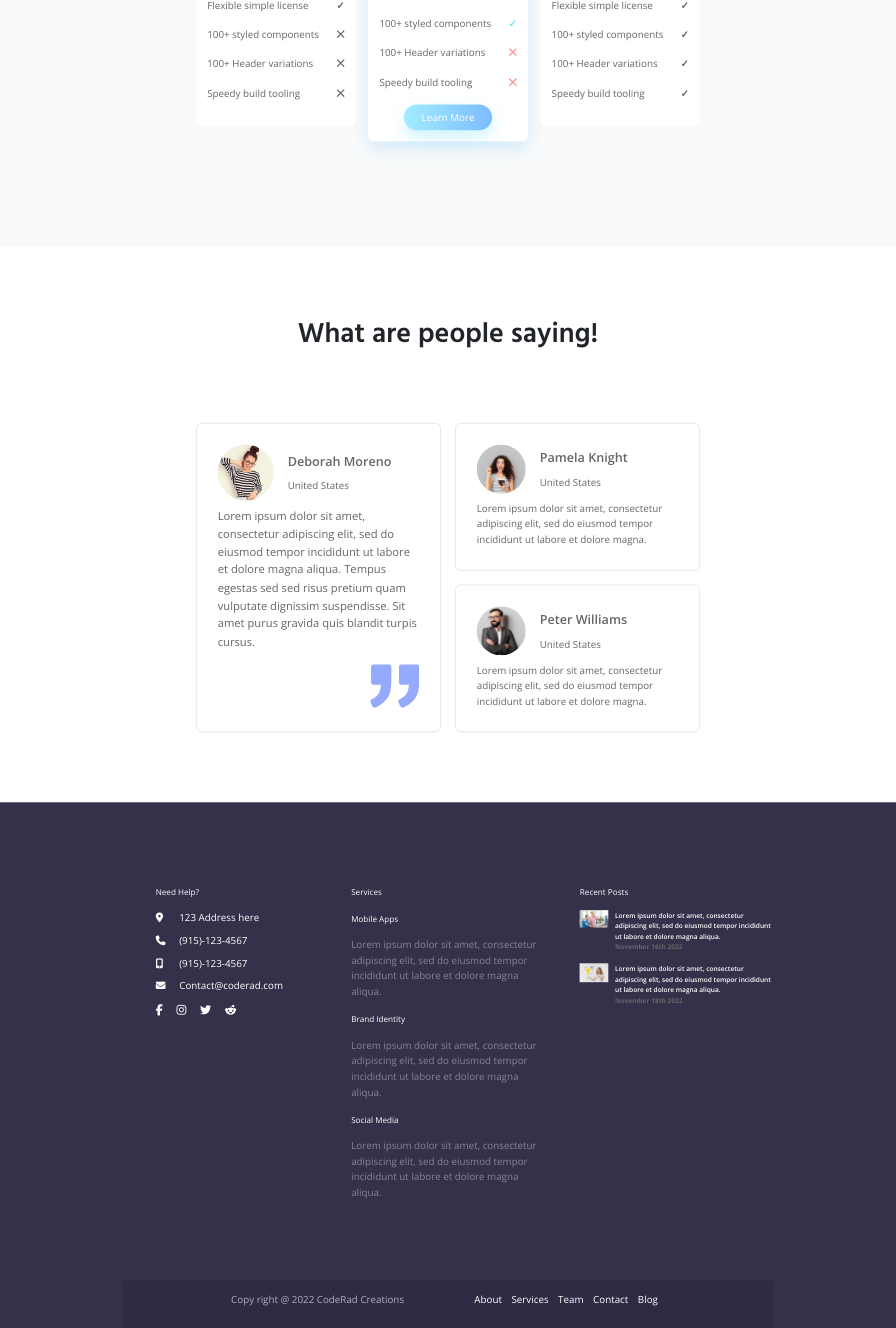
Repository: Sc-Juju/CodeRad
Page: index.html
The author's editor kept a copy of each file at every save. The page is drawn from the files as they stood at one save, then again after the next save.
The browser window is 1280 px wide. The pictures show the part of the page from y = 2963 to 4883 px (the page is 4860 px tall before and 4883 px after), at 70% of full size.
Some web libraries are served in a nearby version.

Above is the page before, as saved 2022-11-16 14:32:42.

### index.html
<!DOCTYPE html>
<html>
	<head>
		<meta charset="utf-8" />
		<meta http-equiv="X-UA-Compatible" content="IE=edge" />
		<title>CodeRad</title>
		<meta name="description" content="" />
		<meta name="viewport" content="width=device-width, initial-scale=1" />

		<script
			src="https://kit.fontawesome.com/020fb16134.js"
			crossorigin="anonymous"
		></script>

		<link
			href="https://fonts.googleapis.com/css2?family=Open+Sans:wght@300;400;600;700&display=swap"
			rel="stylesheet"
		/>
		<link
			href="https://fonts.googleapis.com/css2?family=Hind:wght@300;400;500;600;700&display=swap"
			rel="stylesheet"
		/>

		<link rel="stylesheet" href="./css/default.css" />
		<link rel="stylesheet" href="./css/styles.css" />
		<link rel="stylesheet" href="./css/responsive.css" />
	</head>
	<body>
		<nav class="navbar nav">
			<div class="container">
				<button
					class="navbar-toggler"
					aria-expanded="false"
					aria-controls="navbarDropdown"
				>
					<span>&#9776;</span>
				</button>
				<a class="navbar-brand" href="index.html">CodeRad</a>
				<ul class="navbar-nav">
					<li class="nav-link">
						<a href="#">Home</a>
					</li>

					<li class="nav-link">
						<a href="#">Blog</a>
					</li>
					<li class="nav-link">
						<a href="#">Portfolio</a>
					</li>
					<li class="nav-link">
						<a href="#">Contact</a>
					</li>
				</ul>
			</div>
		</nav>

		<header class="bg-header">
			<div class="container">
				<div class="hero-wrapper">
					<h2 class="hero-header">
						Young in our spirits and <br />
						modern look.
					</h2>
					<a class="btn btn-white" href="#">Learn more</a>
				</div>
			</div>
		</header>
		<!--Why me-->
		<section>
			<div class="container why-me-wrapper">
				<div class="block-text">
					<span>Why choose me</span>
					<h2>
						Meeting Your Needs <br />
						In Website Building
					</h2>
					<p>
						Lorem ipsum dolor sit amet, consectetur adipiscing elit,
						sed do eiusmod tempor incididunt ut labore et dolore
						magna aliqua.
					</p>
					<a href="" class="btn btn-primary">Learn More</a>
				</div>
				<div>
					<img src="./CodeRad-assets/image2.svg" alt="Icon Chart" />
				</div>
			</div>
		</section>
		<!--Services-->
		<section class="bg-contrast">
			<div class="container service-grid">
				<div class="service-card">
					<span class="bg-color-1"></span>
					<div>
						<h3>Branding</h3>
						<p>
							Lorem ipsum dolor sit amet, consectetur adipiscing
							elit, sed do eiusmod tempor incididunt ut labore et
							dolore magna aliqua. Ut morbi tincidunt augue
							interdum velit euismod in pellentesque. Congue
							mauris rhoncus aenean vel.
						</p>
					</div>
				</div>
				<div class="service-card">
					<span class="bg-color-2"></span>
					<div>
						<h3>Design & UX</h3>
						<p>
							Lorem ipsum dolor sit amet, consectetur adipiscing
							elit, sed do eiusmod tempor incididunt ut labore et
							dolore magna aliqua. Ut morbi tincidunt augue
							interdum velit euismod in pellentesque. Congue
							mauris rhoncus aenean vel.
						</p>
					</div>
				</div>
				<div class="service-card">
					<span class="bg-color-3"></span>
					<div>
						<h3>Development</h3>
						<p>
							Lorem ipsum dolor sit amet, consectetur adipiscing
							elit, sed do eiusmod tempor incididunt ut labore et
							dolore magna aliqua. Ut morbi tincidunt augue
							interdum velit euismod in pellentesque. Congue
							mauris rhoncus aenean vel.
						</p>
					</div>
				</div>
				<div class="service-card">
					<span class="bg-color-4"></span>
					<div>
						<h3>User analysis</h3>
						<p>
							Lorem ipsum dolor sit amet, consectetur adipiscing
							elit, sed do eiusmod tempor incididunt ut labore et
							dolore magna aliqua. Ut morbi tincidunt augue
							interdum velit euismod in pellentesque. Congue
							mauris rhoncus aenean vel.
						</p>
					</div>
				</div>
				<div class="service-card">
					<span class="bg-color-5"></span>
					<div>
						<h3>UX Research</h3>
						<p>
							Lorem ipsum dolor sit amet, consectetur adipiscing
							elit, sed do eiusmod tempor incididunt ut labore et
							dolore magna aliqua. Ut morbi tincidunt augue
							interdum velit euismod in pellentesque. Congue
							mauris rhoncus aenean vel.
						</p>
					</div>
				</div>
				<div class="service-card">
					<span class="bg-color-6"></span>
					<div>
						<h3>SEO Service</h3>
						<p>
							Lorem ipsum dolor sit amet, consectetur adipiscing
							elit, sed do eiusmod tempor incididunt ut labore et
							dolore magna aliqua. Ut morbi tincidunt augue
							interdum velit euismod in pellentesque. Congue
							mauris rhoncus aenean vel.
						</p>
					</div>
				</div>
			</div>
		</section>

		<!--Video Demo-->
		<section class="video-demo">
			<div class="container">
				<div class="block-text">
					<h2>Telling Our Story</h2>
					<p>
						Lorem ipsum dolor sit amet, consectetur adipiscing elit,
						sed do eiusmod tempor <br />
						incididunt ut labore et dolore magna aliqua.
					</p>
				</div>
				<div class="video-box">
					<a href="#" class="video-btn">
						<img
							src="./CodeRad-assets/play.svg"
							alt="Play Video Button"
						/>
					</a>
					<img
						src="./CodeRad-assets/demo-video-thumbnail.jpg"
						alt="Video thumbnail"
					/>
				</div>
			</div>
		</section>

		<!--Pricing plans-->
		<section class="bg-contrast">
			<div class="block-text pricing-header">
				<h2>Choose The Right Package For You!</h2>
				<p>
					Lorem ipsum dolor sit amet, consectetur adipiscing elit, sed
					do eiusmod tempor <br />
					incididunt ut labore et dolore magna aliqua.
				</p>
			</div>
			<div class="pricing-table">
				<div class="price-card">
					<h3>Basic</h3>
					<div class="price">$99.90</div>
					<div class="billed">per month</div>
					<hr />
					<ul>
						<li>
							<span class="title">Community Support</span>
							<span class="icon">&#10003;</span>
						</li>
						<li>
							<span class="title">Flexible simple license</span>
							<span class="icon">&#10003;</span>
						</li>
						<li>
							<span class="title">100+ styled components</span>
							<span class="icon">&#10761;</span>
						</li>
						<li>
							<span class="title">100+ Header variations</span>
							<span class="icon">&#10761;</span>
						</li>
						<li>
							<span class="title">Speedy build tooling</span>
							<span class="icon">&#10761;</span>
						</li>
					</ul>
				</div>

				<div class="price-card featured">
					<h3>Standard</h3>
					<div class="price">$199.90</div>
					<div class="billed">per month</div>
					<hr />
					<ul>
						<li>
							<span class="title">Community Support</span>
							<span class="icon checked">&#10003;</span>
						</li>
						<li>
							<span class="title">Flexible simple license</span>
							<span class="icon checked">&#10003;</span>
						</li>
						<li>
							<span class="title">100+ styled components</span>
							<span class="icon checked">&#10003;</span>
						</li>
						<li>
							<span class="title">100+ Header variations</span>
							<span class="icon times">&#10761;</span>
						</li>
						<li>
							<span class="title">Speedy build tooling</span>
							<span class="icon times">&#10761;</span>
						</li>
						<div class="plan-btn-wrapper">
							<a href="" class="btn btn-primary">Learn More</a>
						</div>
					</ul>
				</div>

				<div class="price-card">
					<h3>Enterprise</h3>
					<div class="price">$499.90</div>
					<div class="billed">per month</div>
					<hr />
					<ul>
						<li>
							<span class="title">Community Support</span>
							<span class="icon">&#10003;</span>
						</li>
						<li>
							<span class="title">Flexible simple license</span>
							<span class="icon">&#10003;</span>
						</li>
						<li>
							<span class="title">100+ styled components</span>
							<span class="icon">&#10003;</span>
						</li>
						<li>
							<span class="title">100+ Header variations</span>
							<span class="icon">&#10003;</span>
						</li>
						<li>
							<span class="title">Speedy build tooling</span>
							<span class="icon">&#10003;</span>
						</li>
					</ul>
				</div>
			</div>
		</section>

		<!--Testimonials-->
		<section class="testimonials">
			<div class="block-text">
				<h2>What are people saying!</h2>
			</div>
			<div class="testimonial-grid">
				<div class="testimonial-card lg">
					<div class="top">
						<img
							src="./CodeRad-assets/1.png"
							alt=""
							class="profile"
						/>
						<div class="top-info">
							<h4>Deborah Moreno</h4>
							<span>United States</span>
						</div>
					</div>
					<div class="bottom">
						<p>
							Lorem ipsum dolor sit amet, consectetur adipiscing
							elit, sed do eiusmod tempor incididunt ut labore et
							dolore magna aliqua. Tempus egestas sed sed risus
							pretium quam vulputate dignissim suspendisse. Sit
							amet purus gravida quis blandit turpis cursus.
						</p>
						<span>
							<img
								src="./CodeRad-assets/quote-colored.svg"
								alt="quote"
								class="quote"
							/>
						</span>
					</div>
				</div>

				<div class="testimonial-card md">
					<div class="top">
						<img
							src="./CodeRad-assets/2.png"
							alt=""
							class="profile"
						/>
						<div class="top-info">
							<h4>Pamela Knight</h4>
							<span>United States</span>
						</div>
					</div>
					<div class="bottom">
						<p>
							Lorem ipsum dolor sit amet, consectetur adipiscing
							elit, sed do eiusmod tempor incididunt ut labore et
							dolore magna.
						</p>
					</div>
				</div>

				<div class="testimonial-card md">
					<div class="top">
						<img
							src="./CodeRad-assets/3.png"
							alt=""
							class="profile"
						/>
						<div class="top-info">
							<h4>Peter Williams</h4>
							<span>United States</span>
						</div>
					</div>
					<div class="bottom">
						<p>
							Lorem ipsum dolor sit amet, consectetur adipiscing
							elit, sed do eiusmod tempor incididunt ut labore et
							dolore magna.
						</p>
					</div>
				</div>
			</div>
		</section>
		<!--Footer-->
		<footer class="bg-footer">
			<div class="container">
				<section class="footer-top">
					<div class="footer-col">
						<h5>Need Help?</h5>
						<div class="contact-info">
							<ul>
								<li>
									<i class="fa-solid fa-location-dot"></i>
									123 Address here
								</li>
								<li>
									<i class="fa-solid fa-phone"></i>
									(915)-123-4567
								</li>
								<li>
									<i
										class="fa-solid fa-mobile-screen-button"
									></i>
									(915)-123-4567
								</li>
								<li>
									<i class="fa-solid fa-envelope"></i>
									Contact@coderad.com
								</li>
							</ul>
						</div>
						<div class="social-icons">
							<ul>
								<li>
									<a href=""
										><i class="fa-brands fa-facebook-f"></i
									></a>
								</li>
								<li>
									<a href=""
										><i class="fa-brands fa-instagram"></i
									></a>
								</li>
								<li>
									<a href=""
										><i class="fa-brands fa-twitter"></i
									></a>
								</li>
								<li>
									<a href=""
										><i
											class="fa-brands fa-reddit-alien"
										></i
									></a>
								</li>
							</ul>
						</div>
					</div>
					<div class="footer-col">
						<h5>Services</h5>
						<div class="services-wrapper">
							<h5>Mobile Apps</h5>
							<p>
								Lorem ipsum dolor sit amet, consectetur
								adipiscing elit, sed do eiusmod tempor
								incididunt ut labore et dolore magna aliqua.
							</p>
						</div>
						<div class="services-wrapper">
							<h5>Brand Identity</h5>
							<p>
								Lorem ipsum dolor sit amet, consectetur
								adipiscing elit, sed do eiusmod tempor
								incididunt ut labore et dolore magna aliqua.
							</p>
						</div>
						<div class="services-wrapper">
							<h5>Social Media</h5>
							<p>
								Lorem ipsum dolor sit amet, consectetur
								adipiscing elit, sed do eiusmod tempor
								incididunt ut labore et dolore magna aliqua.
							</p>
						</div>
					</div>
					<div class="footer-col">
						<h5>Recent Posts</h5>
						<div class="recent-posts">
							<div class="post-img-wrapper">
								<img
									src="./CodeRad-assets/blog1.jpg"
									alt="blog1"
								/>
							</div>
							<div class="post-inner">
								<h6>
									<a href=""
										>Lorem ipsum dolor sit amet, consectetur
										adipiscing elit, sed do eiusmod tempor
										incididunt ut labore et dolore magna
										aliqua.</a
									>
								</h6>
								<h6>November 16th 2022</h6>
							</div>
						</div>
						<div class="recent-posts">
							<div class="post-img-wrapper">
								<img
									src="./CodeRad-assets/blog2.jpg"
									alt="blog2"
								/>
							</div>
							<div class="post-inner">
								<h6>
									<a href=""
										>Lorem ipsum dolor sit amet, consectetur
										adipiscing elit, sed do eiusmod tempor
										incididunt ut labore et dolore magna
										aliqua.</a
									>
								</h6>
								<h6>November 18th 2022</h6>
							</div>
						</div>
					</div>
				</section>
				<section class="footer-bottom">
					<div class="footer-bottom-wrapper">
						<div class="copyright">
							<p>Copy right @ 2022 CodeRad Creations</p>
						</div>
						<div class="footer-bottom-links">
							<ul>
								<li><a href="">About</a></li>
								<li><a href="">Services</a></li>
								<li><a href="">Team</a></li>
								<li><a href="">Contact</a></li>
								<li><a href="">Blog</a></li>
							</ul>
						</div>
					</div>
				</section>
			</div>
		</footer>
	</body>
</html>

### css/default.css
:root{
    --white:#fff;
    --black: #000;
    --font-color-base:#666;
    --font-color-dark:#212529;
    --font-color-light:#b0aebe;
    --font-color-link:#57a6ff;
    --footer:#34314b;
    --footer-base:#2e2b45;
    --contrast:rgba(246, 248, 249, 0.8);
    --success: #64ecf5;
    --danger:#ff8b8d;
    --grad-1:#a1ecff;
    --grad-2:#7dbcff;


    --size-10:0.625rem;
    --size-14:0.875rem;
    --size-16:1rem;
    --size-18:1.125rem;
    --size-20:1.25rem;
    --size-30:1.875rem;
    --size-40:2.5rem;
    --size-50:3.125rem;
    --size-100:6.25rem;
    --size-150:9.375rem;
}
body{
    font-family:"Open Sans", sans-serif;
    font-weight: 400;
    font-size:0.875rem;
    line-height: 1.6;
    letter-spacing: 0;
    color: var(--font-color-base);
    margin:0;
    padding:0;
}
*,
::after,
::before{
    box-sizing: border-box;
}
ul{
    padding:0;
    margin:0;
    list-style: none;
}
a {text-decoration: none;}
p {margin-top:0;}
h2{
    font-size:1.75rem;
    font-weight:500;
    line-height:1.2;
}
img {
    width:100%;
    max-width:100%;
    vertical-align:middle;
    border-style: none;
}
.container{
    width: 100%;
    padding-left:15px;
    padding-right:15px;
    margin-right:auto;
    margin-left:auto;
}

.btn{
    display: inline-block;
    font-weight: 400;
    color: var(--font-color-dark);
    text-align: center;
    cursor: pointer;
    user-select: none;
    background-color: transparent;
    border: 1px solid transparent;
    padding: .375rem .75rem;
    border-radius:1.25rem;
    transition: ease-in-out .3s;
}
.btn-primary{
    background-image: linear-gradient(90deg, var(--grad-1)0%, var(--grad-2)100%);
    border: 1px var(--grad-1);
    box-shadow: 0 10px 20px rgba(161, 236, 255, .5);
    transition: ease-in-out .3s;
    color: var(--white);
    padding: .4375rem 1.5625rem;
}

.btn-white{
    background-color: var(--white);
    color: var(--font-color-link);
    box-shadow: 0px 10px 20px rgba(255, 255, 255, .35);
    padding: .475rem 1.75rem;
}

@media (min-width:768px){
    .pricing-table,
    .testimonial-grid,
    .footer-bottom-wrapper{max-width:720px;}
}

@media (min-width:992px){
    footer .container{ max-width: 960px; }
}

@media (min-width:1200px){
    .container{ max-width: 1140px; }
}

### css/styles.css
.navbar{
    position: fixed;
    top: 0;
    right: 0;
    left: 0;
    z-index: 200;
    transition: ease-in-out .3s;
}
[aria-controls="navbarDropdown"]{
    display:none;
}
.navbar-nav{
    display: flex;
    align-items: center;
}
.navbar .container{
    display: flex;
    align-items: center;
}
.navbar-brand{
    margin-right:auto;
    font-size: 2rem;
    font-weight: 700;
    width: 100%;
    transition: ease-in-out .3s;
    color: var(--white);

}
.bg-header,
.video-demo{
    background-color: var(--footer);
    background-repeat: no-repeat;
    background-size: cover;
    background-position:50% 20%;
    position: relative;
    z-index: 1;
    padding: 4.6875rem 0;
}
.bg-header{background-image: url(../CodeRad-assets/bg-header-1.jpg);}
.video-demo{background-image: url(../CodeRad-assets/bg-demo.jpg);}
.bg-header::before{
    background-image: linear-gradient(30deg,
    rgba(21,27,38, .8)0%,
    rgba(0,0,0,.2)100%);
    position: absolute;
    content:"";
    top: 0;
    left: 0;
    right: 0;
    bottom: 0;
    width: 100%;
    height: 100%;
    z-index: -1;
}
.nav-link a{
    color: var(--white);
    font-size: .8125rem;
    font-weight: 600;
    font-family: "Hind", sans-serif;
    text-transform: uppercase;
    margin-right: 2.5rem;
    line-height: 1.25rem;
}
.hero-header{
    color: var(--white);
}
.why-me-wrapper{
    display: flex;
    align-items: center;
}
.why-me-wrapper div{
    flex: 1;
}
.block-text{
    padding-right: var(--size-50);
}
.block-text span{
    color: var(--font-color-dark);
    font-weight: 300;
}
.block-text h2{
    font-size: var(--size-40);
    font-family: "Hind", sans-serif;
    font-weight: 600;
    color: var(--font-color-dark);
    margin-bottom: var(--size-20);
    line-height: 1.3;
    margin-top: 0.5rem;
}
.bg-contrast{
    background-color: var(--contrast);
    padding: var(--size-150) 0;
    margin: 0 auto;
}
.service-grid{
    display: grid;
    grid-template-columns: repeat(auto-fit,minmax(300px, 1fr));
    gap: var(--size-20);
}
.service-card{
    padding: var(--size-30);
    box-shadow: 0 0 10px rgba(48, 63, 100, .15);
    background: white;
    border-radius: 8px;
}
.service-card span{
    width:4.375rem;
    height: 4.375rem;
    background: green;
    display: block;
    float: left;
    margin-right: 15px;
    border-radius: 50%;
    background: var(--font-color-light);
}
span.bg-color-1 {background-image: linear-gradient(90deg, #9ccdf3 0%, #94aafd 100%);}
span.bg-color-2 {background-image: linear-gradient(90deg, #55edc0 0%, #4bdbdb 100%);}
span.bg-color-3 {background-image: linear-gradient(90deg, #fda498 0%, #f58b9e 100%);}
span.bg-color-4 {background-image: linear-gradient(90deg, #f2a7ca 0%, #c289f4 100%);}
span.bg-color-5 {background-image: linear-gradient(90deg, #ffc187 0%, #fe93a7 100%);}
span.bg-color-6 {background-image: linear-gradient(90deg, #a1ecff 0%, #7dbcff 100%);}

.video-demo{text-align: center;}
.video-demo .block-text{padding-right: 0;}

.video-demo .block-text h2,
.video-demo .block-text p{
    color: var(--white);
}

.video-btn{
    position: absolute;
    top: 50%;
    left: 50%;
    transform: translate(-50%, -50%);
    box-shadow: 0 10px 20px rgba(57, 166, 251, .3);
}
.video-btn img{
    height: var(--size-100);
    width: var(--size-100);
}
.video-box{
    position: relative;
    margin-bottom: -9.375rem;
    z-index: 100;
}
.video-box > img{
    max-width: 600px;
    border-radius: 8px;
}
.block-text.pricing-header{
    text-align: center;
    padding-right: 0;
    margin: var(--size-100) 0;
}
.pricing-table{
    display: grid;
    grid-template-columns: repeat(auto-fit, minmax(215px, 1fr));
    gap: var(--size-18);
    margin: auto;
    align-items: flex-start;
}
.price-card{
    background-color:var(--white);
    border-radius: 8px;
    padding: var(--size-16);
}
.price-card .checked{color: var(--success);}
.price-card .times{color: var(--danger);}

.price-card.featured{
    box-shadow: 0 10px 20px rgba(82,179,255,.2);
    margin-top: -1rem;
}
.price-card h3{
    margin-top: var(--size-40);
    font-size: var(--size-18);
    color: var(--font-color-dark);
    font-weight: 600;
}
.plan-card hr{margin: 2rem 0 1rem;}
.price{
    color: var(--font-color-link);
    font-size: var(--size-30);
    font-weight: 600;
}
.price-card h3,
.price-card .price,
.price-card .billed{text-align: center;}

.price-card li{margin-bottom: var(--size-20);}
.price-card .icon{
    float: right;
    font-weight:600;
}
.plan-btn-wrapper{text-align: center;}

.testimonials{ margin: var(--size-100) 0;}

.testimonial-grid{
    display: grid;
    grid-template-columns: repeat(auto-fit, minmax(300px, 1fr));
    grid-template-rows: 1fr 1fr;
    gap: var(--size-20);
    margin: 0 auto;
}

.testimonials .block-text{
    padding-right: 0;
    text-align: center;
    margin: var(--size-100) 0;
}

.testimonial-card{
    border: 1px solid #dedede;
    border-radius: 8px;
    padding: var(--size-30);
}

.testimonial-card.lg{
    grid-row: 1 / 3;
    grid-column: 1 / 2;
}

.testimonial-card.lg .quote{
    width: 4.375rem;
    float: right;
    margin-top: var(--size-16);
}

.testimonial-card.md .bottom p{ font-size: var(--size-14);}

.testimonial-card .top{
    display:flex;
    align-items: center;
    padding-bottom: var(--size-10);
}

.testimonial-card img.profile{
    width: 4.375rem;
    border-radius: 50%;
    margin-right: var(--size-20);
}

.testimonial-card.lg img.profile{ width: 5rem;}

.top h4{
    margin-top: 0;
    margin-bottom: var(--size-10);
    font-weight: 600;
    font-size: var(--size-18);
}

.bottom p{
    margin: 0;
    font-size: var(--size-16);
    line-height: 1.6;
}

footer.bg-footer{ background-color: var(--footer);}
footer .footer-bottom{ background-color: var(--footer-base);}

footer .footer-top {
    display: grid;
    grid-template-columns: repeat( auto-fit, minmax(250px, 1fr));
    gap: var(--size-50);
    padding: var(--size-100) 0;
}

footer .footer-col{justify-self: center;}

.footer-top h5{
    color: var(--white);
    font-weight: 500;
    margin-bottom: var(--size-16);
}

.contact-info li{
    color: var(--white);
    margin-bottom: var(--size-10);
}

.contact-info li i{ width: var(--size-30);}

.social-icons ul li {
    display: inline-block;
    margin-right: var(--size-16);
}

.social-icons ul li a{
    color: var(--white);
    font-size: var(--size-16);
}

.services-wrapper p { color: #858497;}

.recent-posts{
    display: flex;
    margin-bottom: var(--size-16);
}

.recent-posts .post-img-wrapper{
    width: var(--size-100);
    margin-right: var(--size-10);
}

.post-inner h6{ margin: 0; }

.post-inner h6 a{
    color: var(--white);
    font-weight: 600;
}

.post-inner span{
    color: var(--font-color-light);
    font-size: var(--size-10);
}

.footer-bottom-wrapper{
    display: flex;
    justify-content:space-around;
    margin: 0 auto;
    flex-wrap: wrap;
}

.footer-bottom{ padding: var(--size-16) 0; }

.copyright p{ color: var(--font-color-light); }

.footer-bottom-links ul li{
    display: inline-block;
    margin-right: var(--size-10);
}

.footer-bottom-links ul li a{ color: var(--white); }

Loaded but not shown: css/responsive.css (no copy from this time; the picture is the same without it)

After the next save:
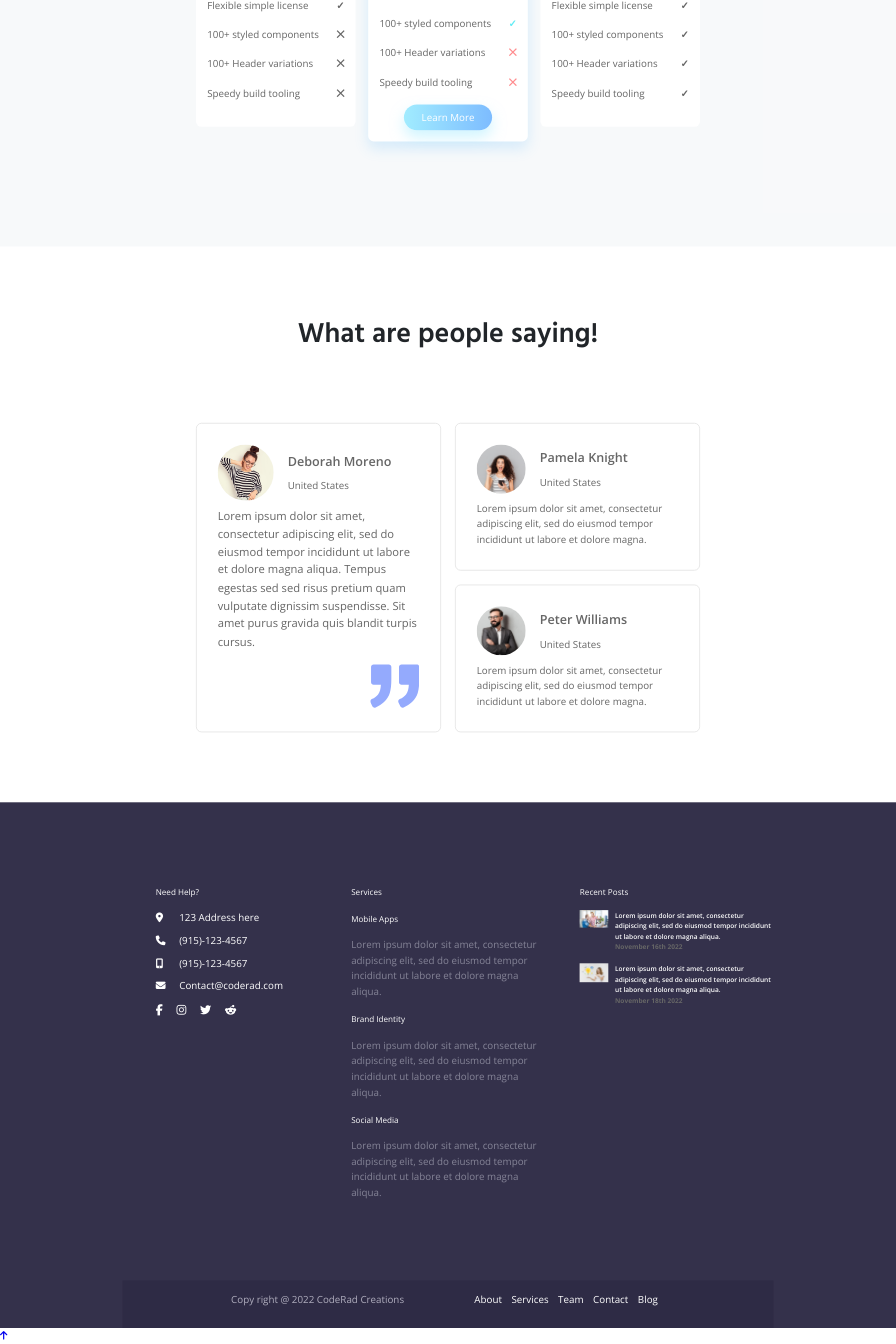
Saved 5 min 44 s later.
--- a/index.html
+++ b/index.html
@@ -520,5 +520,9 @@
 				</section>
 			</div>
 		</footer>
+
+		<a id="scrollUp" href="#pageTop">
+			<i class="fa-solid fa-arrow-up"></i>
+		</a>
 	</body>
 </html>
